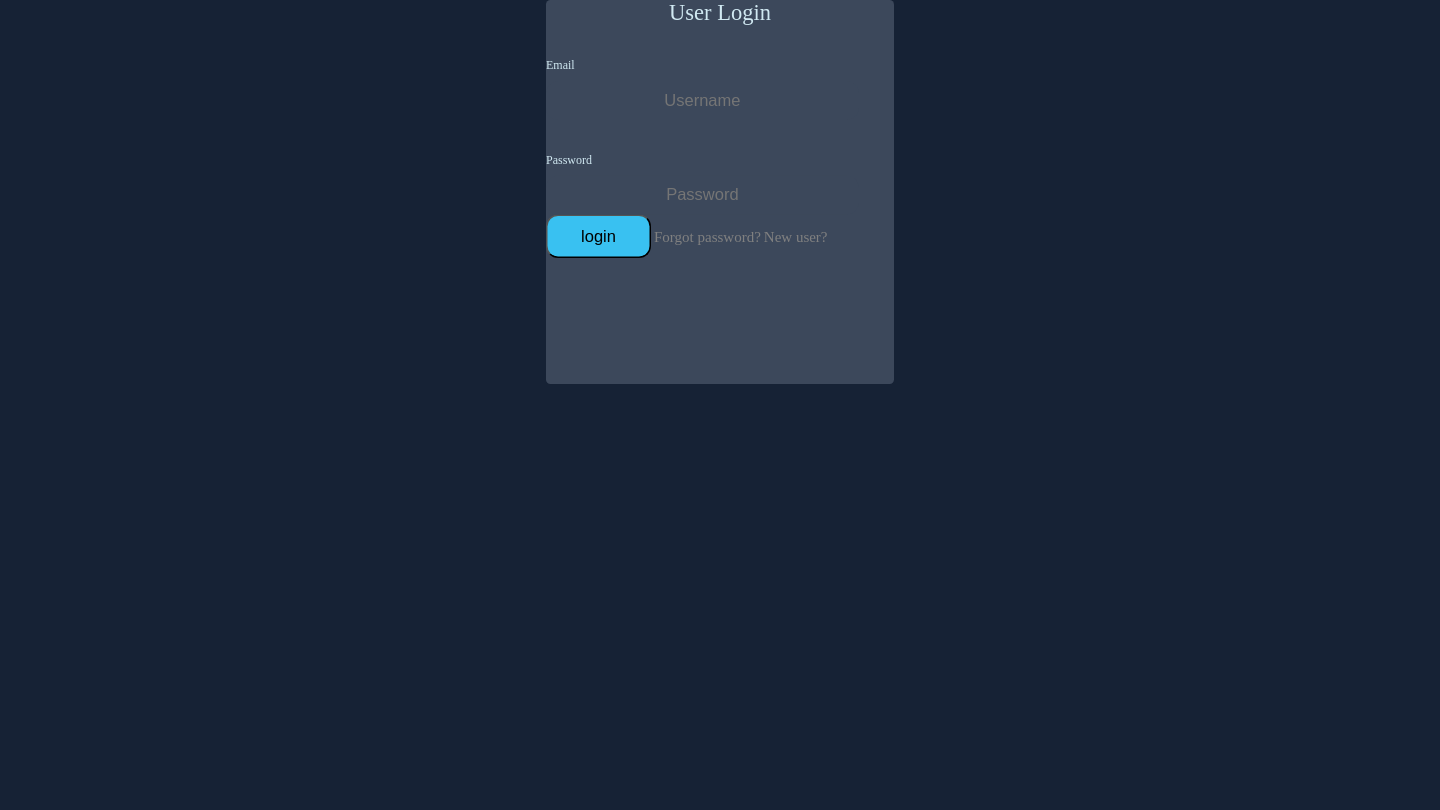
Repository: leystra019/nea
Page: html/user login.html
These files come from the project's save history. The page is drawn as it stood at one moment and after the next save; the edit follows.
The browser window is 1280 px wide. The page is 1920 px wide, so the pictures cover 1920 px, including what lies to the right of the window. The pictures show the whole page, at 75% of full size.

Above is the page before, as saved 2022-12-12 09:52:16.

After the next save:
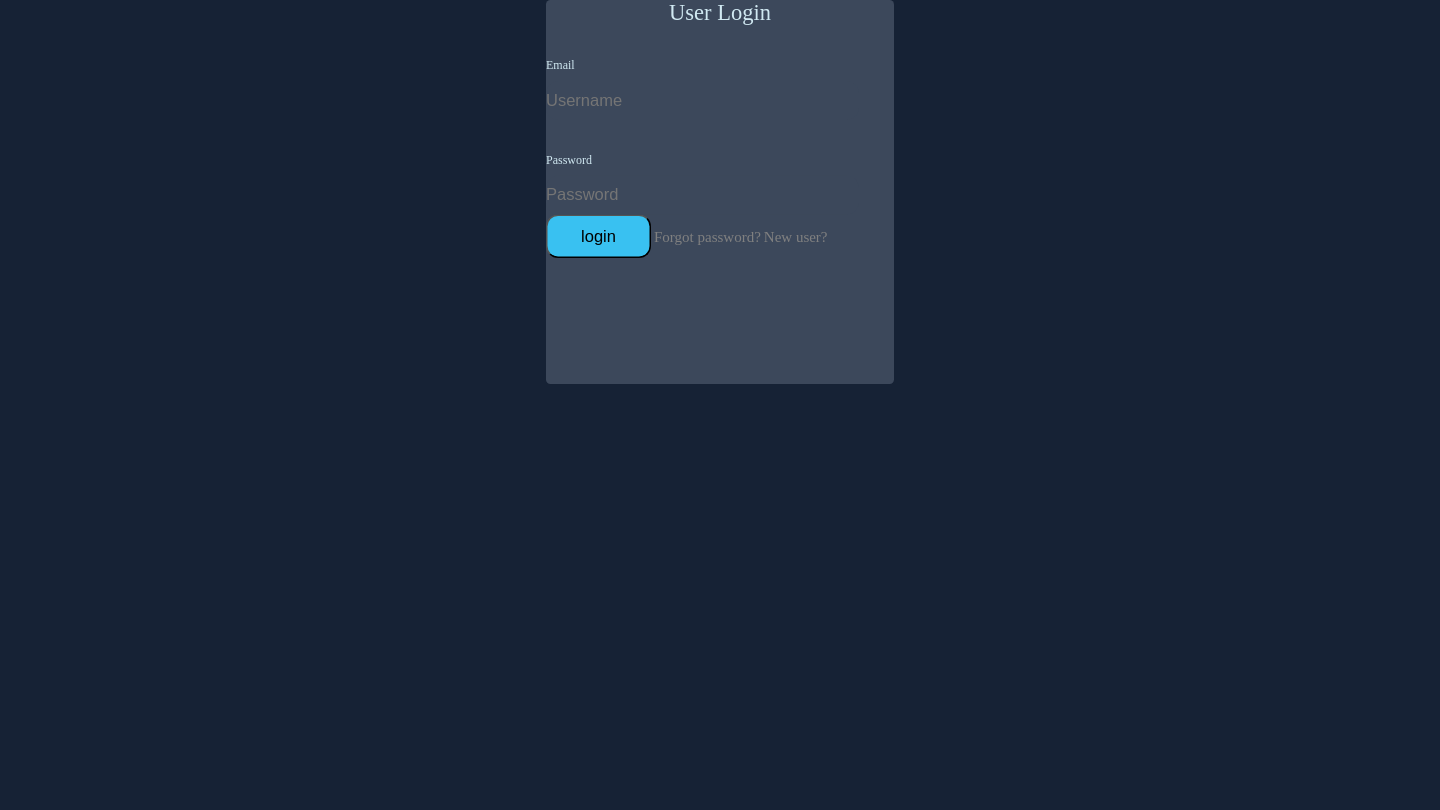
Saved 49 s later.
--- a/css/login.css
+++ b/css/login.css
@@ -29,7 +29,6 @@
   font-size: 30px;
   text-align: center;
   color: #D1E9F2;
-  text-align: center;
   padding-top: 32px;
 }
 
@@ -57,7 +56,7 @@ b {
   background-color: #3C485B;
   border-color: #c0c0c0;
   font-size: 22px;
-  text-align: center;
+  text-align: left;
   margin-top: 43px;
   color: grey;
 
